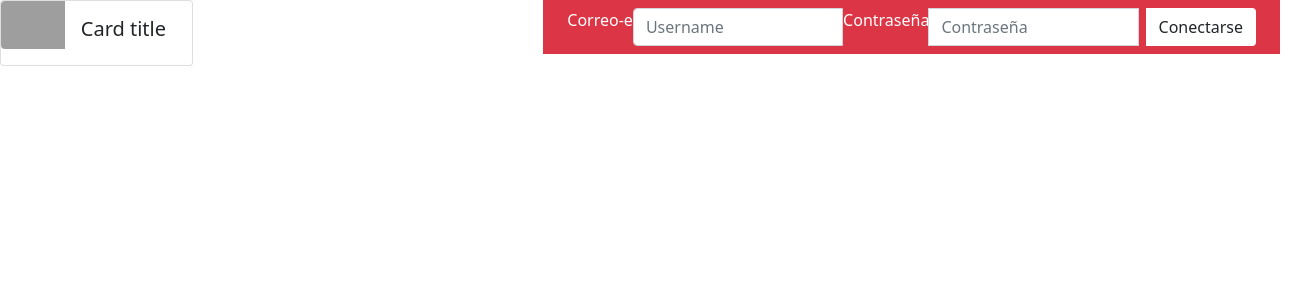
Repository: nicorp00/bootstrapSass
Page: Main/index.html
The author's editor kept a copy of each file at every save. The page is drawn from the files as they stood at one save, then again after a run of saves.
The browser window is 1280 px wide. The page is 1292 px wide, so the pictures cover 1292 px, including what lies to the right of the window. The pictures show the whole page.
Pictures or frames that could not be fetched are drawn as grey boxes. The style sheet was rebuilt from its Sass, Less or Tailwind sources for each picture, by a compiler version that may differ from the author's.

Above is the page before, as saved 2022-03-25 11:08:34.

### Main/index.html
<!DOCTYPE html>
<html lang="en">
<head>
    <meta charset="UTF-8">
    <meta http-equiv="X-UA-Compatible" content="IE=edge">
    <meta name="viewport" content="width=device-width, initial-scale=1.0">
    <title>Document</title>
    <link rel="stylesheet" href="css/style.css">
    <link rel="stylesheet" href="css/bootstrap.min.css">
</head>
<body>
    <section class="section__top row">
        <div class="col-2">
            <div class="card mb-3" style="max-width: 540px;">
                <div class="row g-0">
                  <div class="col-md-4">
                    <img src="..." class="img-fluid rounded-start" alt="...">
                  </div>
                  <div class="col-md-8">
                    <div class="card-body">
                      <h5 class="card-title">Card title</h5>
                    </div>
                  </div>
                </div>
              </div>
        </div>
        <div class="col-3"></div>
        <div class="top-nav col-7">
            <nav class="navbar navbar-danger bg-danger">
                <form class="container-fluid">
                  <div class="input-group">
                    <!--<span class="input-group-text" id="basic-addon1">@</span>-->
                    Correo-e<input type="text" class="form-control" placeholder="Username" aria-label="Correo@" aria-describedby="basic-addon1">
                    Contraseña<input class="form-control me-2" type="search" placeholder="Contraseña" aria-label="Search">
                    <button class="btn btn-outline" type="submit">Conectarse</button>
                  </div>
                </form>
              </nav>
        </div>
    </section>
    <script src="js/bootstrap.min.js"></script>
</body>
</html>

### Main/scss/style.scss
@use 'section__top';

### Main/scss/_section__top.scss
.section__top{
    span{
        margin-left: 20%;
    }
    form{
        color: white;
    }
    button{
        background-color: white;
    }
}

Loaded but not shown: Main/css/bootstrap.min.css (library); Main/js/bootstrap.min.js (library)

After the next 3 saves:
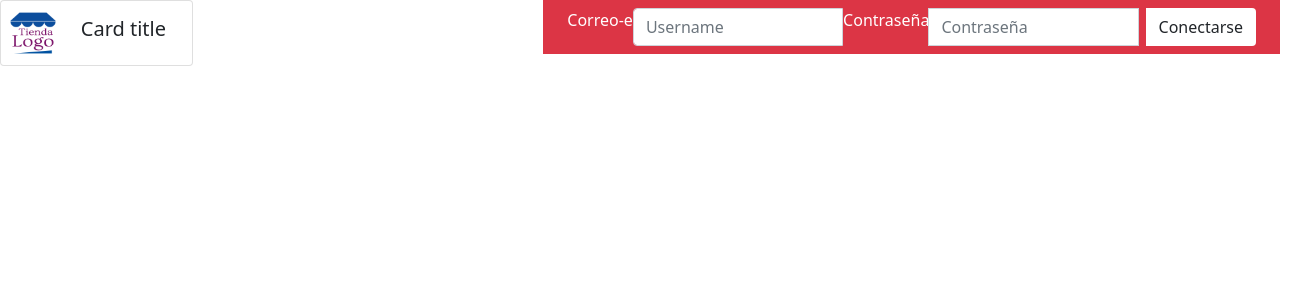
The 3 saves are shown as one change because they came seconds apart.
The last was saved 12 s later.
--- a/Main/index.html
+++ b/Main/index.html
@@ -14,7 +14,7 @@
             <div class="card mb-3" style="max-width: 540px;">
                 <div class="row g-0">
                   <div class="col-md-4">
-                    <img src="..." class="img-fluid rounded-start" alt="...">
+                    <img src="img/logo.png" class="img-fluid rounded-start" alt="...">
                   </div>
                   <div class="col-md-8">
                     <div class="card-body">
